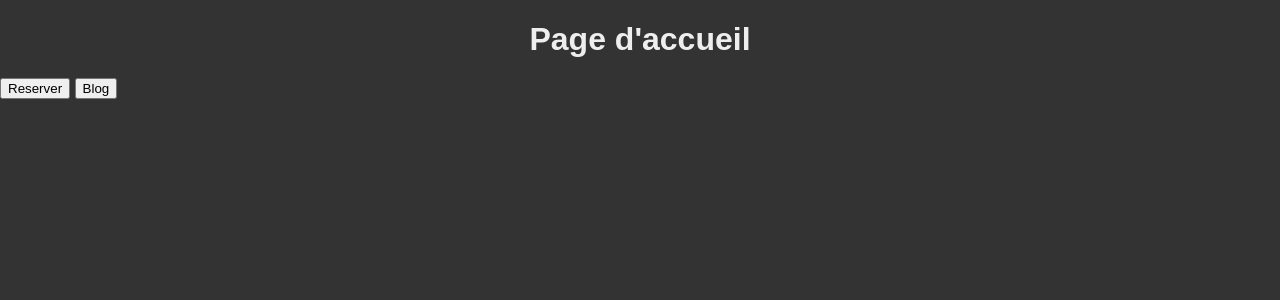
Repository: Crosnierpaul/Les_Rangers_de_Pouvoir
Page: http://localhost/
The author's editor kept a copy of each file at every save. The page is drawn from the files as they stood at one save, then again after the next save.
The browser window is 1280 px wide. The pictures show the whole page.
The page is served by the project's Node server (server.js). Other server files are loaded and not shown.

Above is the page before, as saved 2024-04-25 16:03:17.

### site/public/index.html
<!DOCTYPE html>
<html lang="en">
<head>
    <meta charset="UTF-8">
    <meta name="viewport" content="width=device-width, initial-scale=1.0">
    <title>Accueil</title>
    <link rel="stylesheet" href="css/style.css">
</head>
<body>
    <h1>Page d'accueil</h1>
    <button onclick="window.location.href = '/reservation';">Reserver</button>
    <button onclick="window.location.href = '/blog';">Blog</button>
</body>
</html>

### site/server.js
const express = require('express');
const mongoose = require('mongoose');
const semainesRoutes = require('./routes/semainesRoutes');
const articleRoutes = require('./routes/articleRoutes');
const reservationsRoutes = require('./routes/reservationsRoutes');
const path = require('path');

const app = express();
const PORT = process.env.PORT || 3000;

//----------- Connect to MongoDB -----------//
mongoose.connect('mongodb://localhost:27017/siteDB', { useNewUrlParser: true, useUnifiedTopology: true })
    .then(() => {
        console.log('Connected to MongoDB');
        app.listen(PORT, () => {
            console.log(`Server is running on port ${PORT}`);
        });
    })
    .catch(err => console.error('Error connecting to MongoDB:', err));

//----------- Middleware -----------//
app.use(express.json());

app.use(express.static(path.join(__dirname, 'public')));

//----------- View engine setup -----------//
// Utilisez le chemin absolu pour spécifier le dossier "views"
app.set('views', path.join(__dirname, 'public', 'views'));

// Définissez EJS comme moteur de vue
app.set('view engine', 'ejs');

//----------- Routes -----------//
app.use('/semaines', semainesRoutes);
app.use('/reservations', reservationsRoutes);
app.use('/articles', articleRoutes);

app.get('/', (req, res) => {
    res.render('index'); // Rend le fichier "index.ejs" dans le dossier "views"
});

app.get('/blog', (req, res) => {
    res.render('blog'); // Rend le fichier "blog.ejs" dans le dossier "views"
});

app.get('/reservation', (req, res) => {
    res.render('reservation'); // Rend le fichier "reservation.ejs" dans le dossier "views"
});

app.get('/admin', (req, res) => {
    res.render('admin'); // Rend le fichier "admin.ejs" dans le dossier "views"
});

app.get('/adminBlog', (req, res) => {
    res.render('blogAdmin'); // Rend le fichier "blogAdmin.ejs" dans le dossier "views"
});

app.get('/adminReservation', (req, res) => {
    res.render('reservationAdmin'); // Rend le fichier "reservationAdmin.ejs" dans le dossier "views"
});

### site/public/css/style.css
body {
    font-family: Arial, sans-serif;
    margin: 20px;
    padding: 0;
    background-color: #333;
}

h1, h2 {
    text-align: center;
    margin-bottom: 20px;
    color: #eee;
}

p {
    color: #eee;
}

form {
    margin-bottom: 30px;
}

label {
    display: block;
    margin-bottom: 5px;
    color: #ccc;
}

input[type="text"],
textarea,
input[type="file"] {
    width: 100%;
    padding: 10px;
    margin-bottom: 15px;
    border: 1px solid #666;
    border-radius: 4px;
    box-sizing: border-box;
    background-color: #555;
    color: #eee;
}

input[type="submit"],
button[type="submit"] {
    display: inline-block;
    background-color: #999;
    color: #fff;
    padding: 10px 20px;
    margin-bottom: 10px;
    border: none;
    border-radius: 4px;
    cursor: pointer;
}

input[type="submit"]:hover,
button[type="submit"]:hover {
    background-color: #ccc;
    color: #333;
}

#clearArticles,
#deleteArticle {
    margin-right: 10px;
}

@media (max-width: 480px) {
    #deleteArticle,
    #deleteLastArticle {
        width: 100%;
        display: block;
        margin-right: 0;
    }
}

#articlesList {
    background-color: #333;
}

.container {
    max-width: 800px;
    margin: 20px auto;
    background-color: #444;
    border-radius: 8px;
    box-shadow: 0 0 10px rgba(255, 255, 255, 0.1);
}


/*------------------------- ONEPAGE ---------------------------------------------*/

body {
    font-family: Arial, sans-serif;
    margin: 0;
    padding: 0;
    box-sizing: border-box;
    overflow-x: hidden; /* Empêche le défilement horizontal d'apparaître */
}

.navbarHori {
    position: fixed;
    top: 50%; /* Positionne la barre de navigation à 50% du haut de la fenêtre */
    transform: translateY(-50%); /* Déplace la barre de navigation vers le haut de moitié de sa propre hauteur */
    right: 10px; /* Ajoute un espace à droite pour éviter le chevauchement avec la barre de défilement */
    width: 20px; /* Largeur réduite de la barre de navigation */
    height: calc(100vh - 50vh); /* Hauteur de la barre de navigation (100% de la hauteur moins 50% de la hauteur) */
    background-color: #333;
    display: flex;
    flex-direction: column;
    align-items: center;
    justify-content: center;
    border-radius: 15px;
    opacity: 0.2; /* Définit l'opacité initiale à 0 (invisible) */
    transition: opacity 0.3s ease; /* Ajoute une transition sur l'opacité */
}

.navbarHori:hover {
    opacity: 1; /* Rend la barre de navigation visible au survol */
}

.navbarHori a {
    text-decoration: none;
    margin-bottom: 18px; /* Réduit légèrement l'espacement entre les points */
    width: 10px; /* Largeur réduite du point */
    height: 10px; /* Hauteur réduite du point */
    border-radius: 50%; /* Pour rendre le point rond */
    background-color: #fff;
    display: flex;
    align-items: center;
    justify-content: center;
    transition: transform 0.2s ease; /* Ajoute une transition sur la propriété transform */
}

.navbarHori a:hover {
    transform: scale(0.9); /* Réduit légèrement la taille du point au survol */
}

.navbarHori a:active {
    transform: scale(0.8); /* Réduit davantage la taille du point lorsque pressé */
    /* background-color: #666; /* Change la couleur de fond du point lorsque pressé */
    opacity: 0;
}

.section {
    padding: 50px;
    margin-top: 80px; /* Pour éviter que le contenu ne soit caché sous la barre de navigation */
    background-color: #f9f9f9;
    min-height: 100vh; /* Au moins 100% de la hauteur de la fenêtre */
}

.section h1 {
    color: #333;
}

/* Affiche la section correspondante lorsqu'un point est survolé */
.navbarHori a:hover::before {
    content: attr(data-section); /* Affiche le nom de la section */
    position: absolute;
    right: 180%; /* Positionne le texte à gauche de la barre de navigation */
    background-color: rgba(255, 255, 255, 0.9); /* Couleur de fond du texte */
    padding: 5px;
    border-radius: 5px;
    font-size: 14px;
    white-space: nowrap;
}

After the next save:
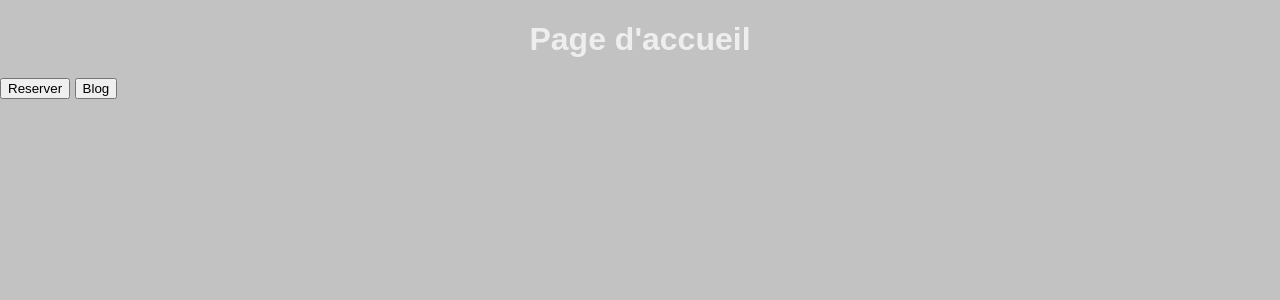
Saved 25 s later.
--- a/site/public/css/style.css
+++ b/site/public/css/style.css
@@ -2,7 +2,7 @@
     font-family: Arial, sans-serif;
     margin: 20px;
     padding: 0;
-    background-color: #333;
+    background-color: #c2c2c2;
 }
 
 h1, h2 {

After the save that followed:
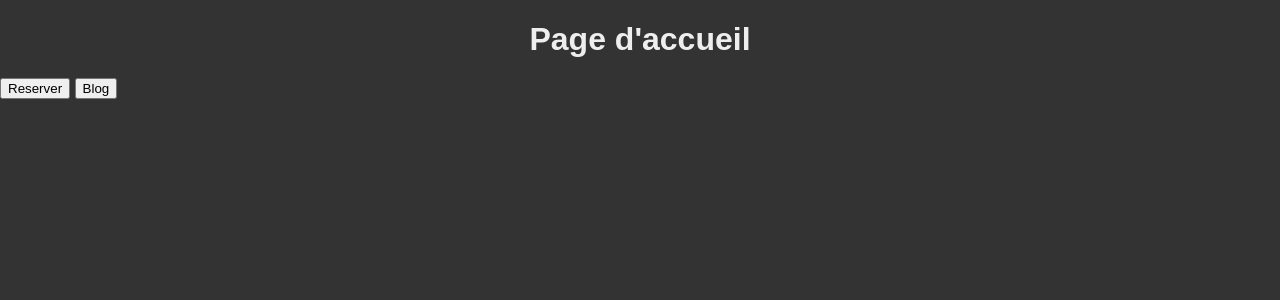
Saved 25 s later.
--- a/site/public/css/style.css
+++ b/site/public/css/style.css
@@ -2,7 +2,7 @@
     font-family: Arial, sans-serif;
     margin: 20px;
     padding: 0;
-    background-color: #c2c2c2;
+    background-color: #333;
 }
 
 h1, h2 {
